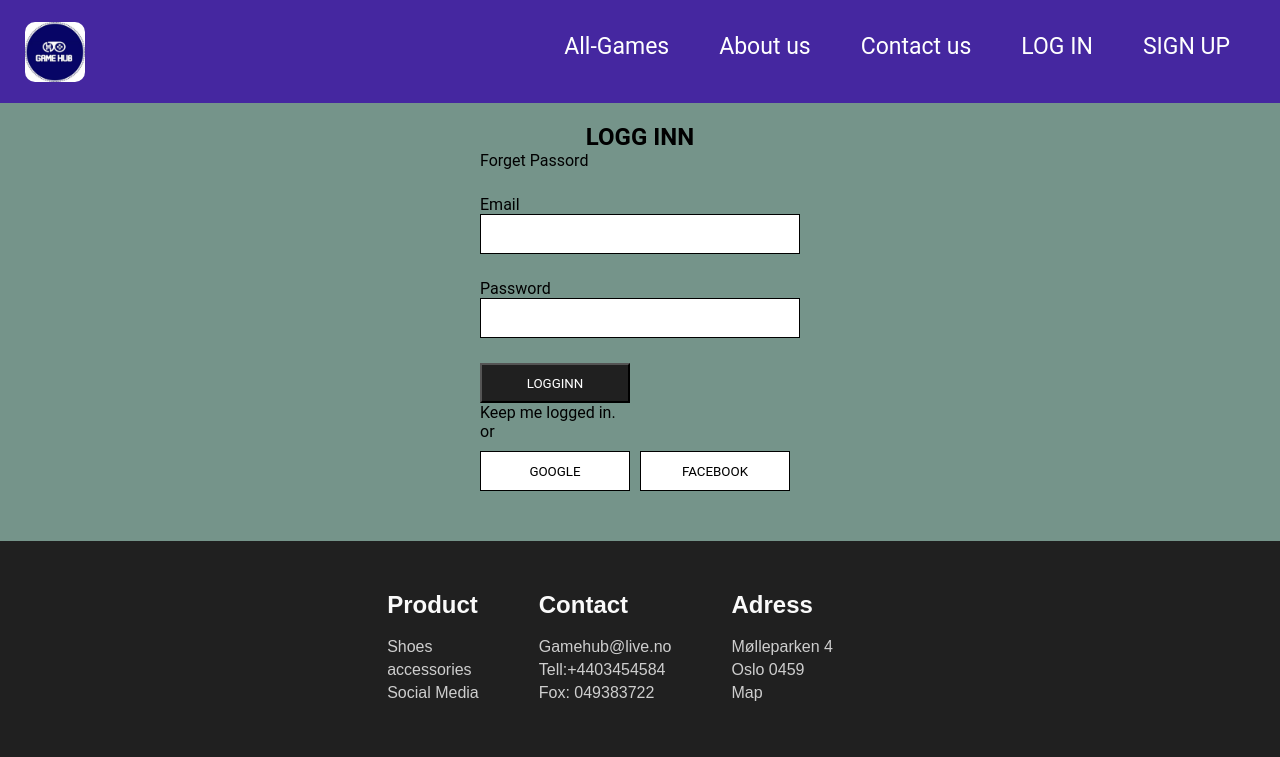
Repository: Fariaddd/HTML-CSS-reset
Page: login.html
The author's editor kept a copy of each file at every save. The page is drawn from the files as they stood at one save, then again after the next save.
The browser window is 1280 px wide. The pictures show the whole page.
Some web fonts or font styles are not loaded; a fallback is used.

Above is the page before, as saved 2022-04-30 16:17:51.

After the next save:
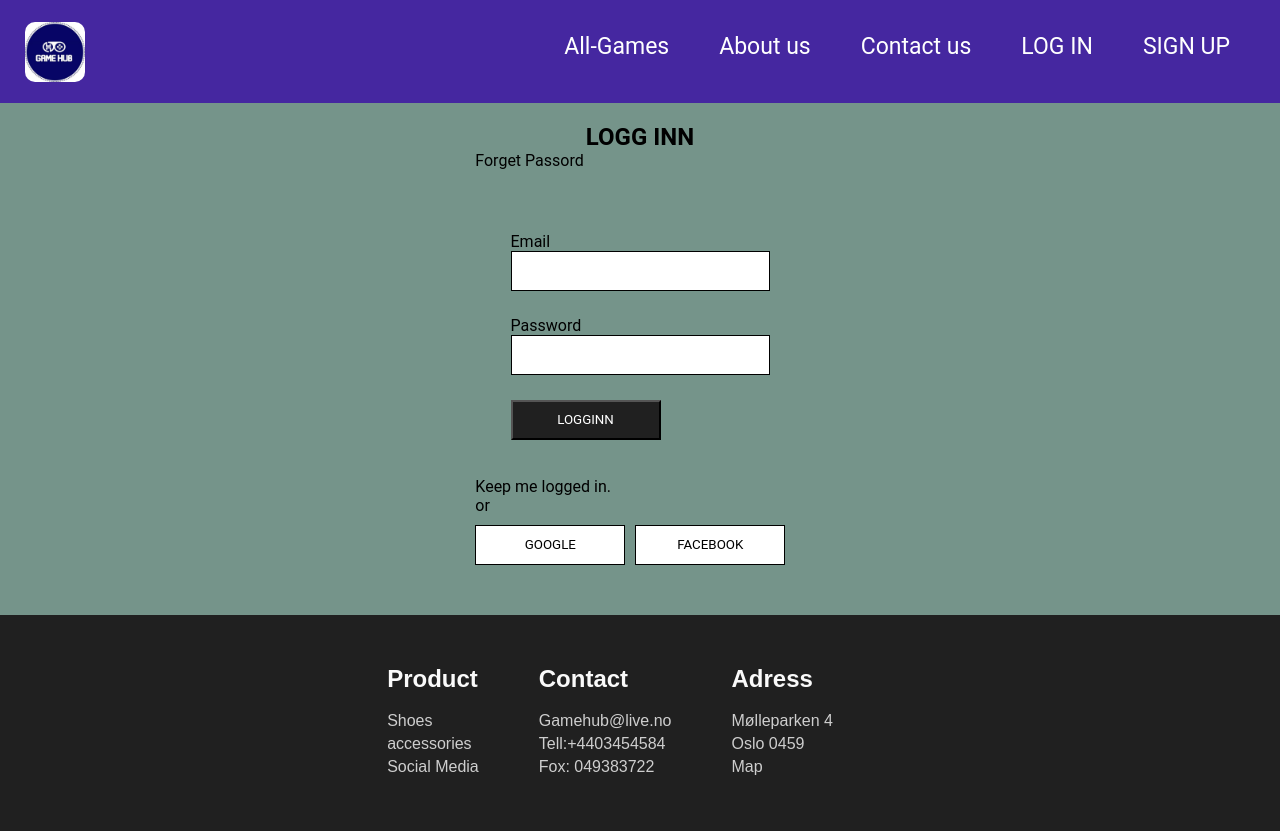
Saved 4 s later.
--- a/login.html
+++ b/login.html
@@ -5,8 +5,10 @@
     <meta http-equiv="X-UA-Compatible" content="IE=edge">
     <meta name="viewport" content="width=device-width, initial-scale=1.0">
     <title>LOGIN</title>
+    <link rel="stylesheet" href="style/contact.css" />
     <link rel="stylesheet" href="style/login.css">
-    <link rel="stylesheet" href="./style/index.css">
+    <link rel="stylesheet" href="style/index.css" />
+    <script defer src="script/login.js"></script>
 </head>
 <body>
     <header class="header">
